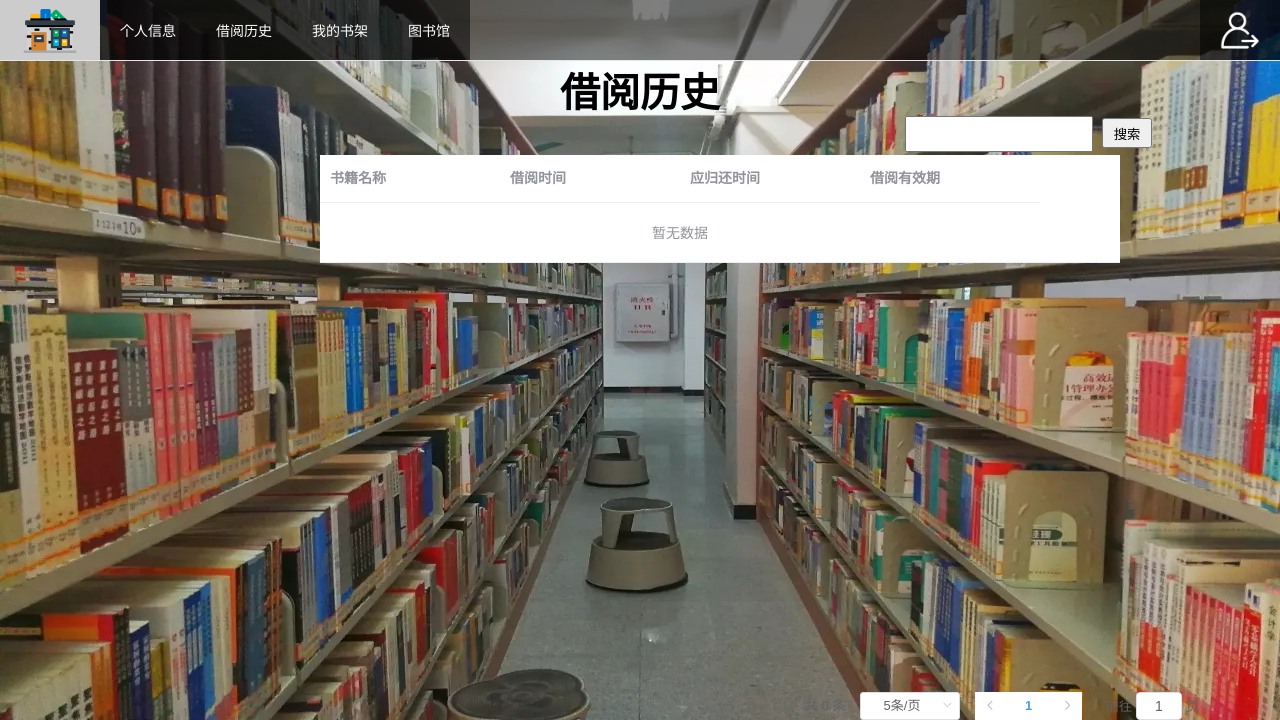
Repository: Akron-xz/helloVue
Page: /#/borrowhistory (app in vue-library/)
The author's editor kept a copy of each file at every save. The page is drawn from the files as they stood at one save, then again after the next save.
The browser window is 1280 px wide. The pictures show the whole page.
The project was rebuilt for these pictures with package versions that can differ from the ones it lists, and the page was loaded fresh each time. Also part of the build but not shown: vue-library/src/components/homeNav.vue, vue-library/src/views/Home.vue.

Above is the page before, as saved 2020-11-25 10:31:09.

After the next save:
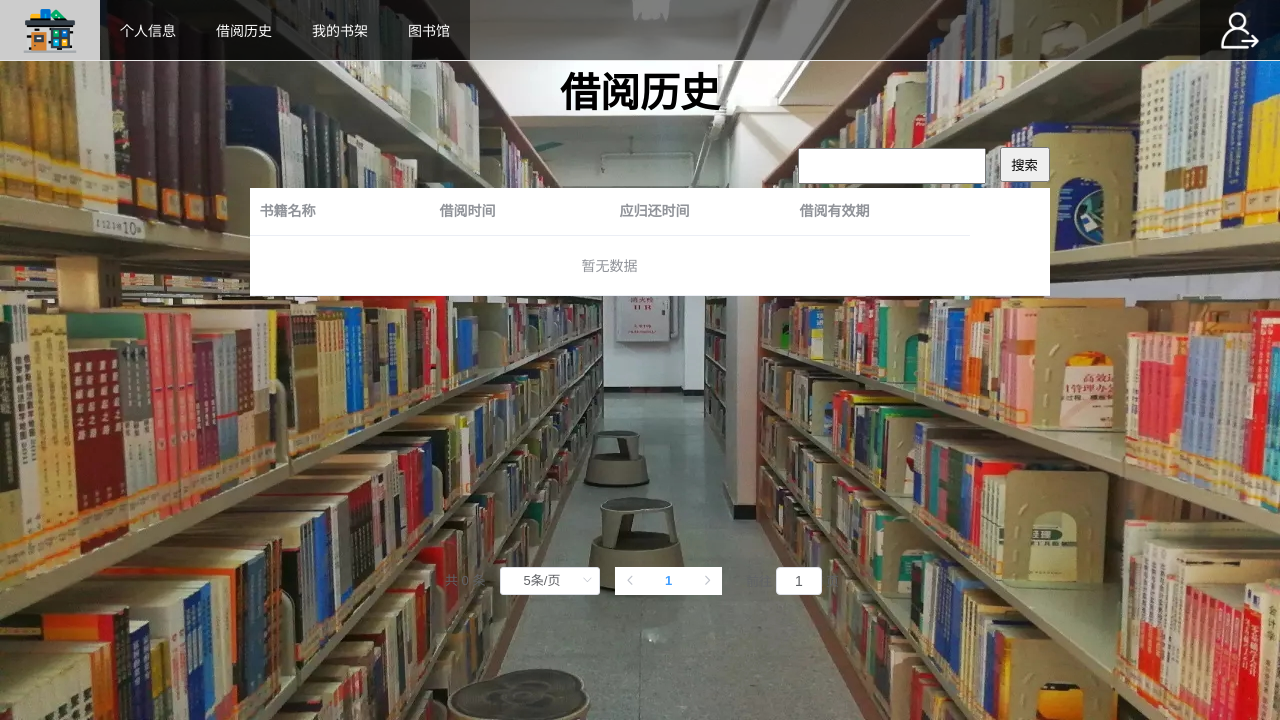
Saved 98 s later.
--- a/vue-library/src/views/BorrowHistory.vue
+++ b/vue-library/src/views/BorrowHistory.vue
@@ -4,7 +4,8 @@
     <h1 class="history-title">借阅历史</h1>
 
  <div class="searchBox">
-    <input v-model="searchContent" type="text" style="width:180px;height:30px;">&nbsp;&nbsp;<input type="button" value="搜索" style="width:50px;height:30px;" @click="searchByKey()">
+ <input v-model="searchContent" type="text" style="width:180px;height:30px;">&nbsp;&nbsp;
+ <input type="button" value="搜索" style="width:50px;height:35px;" @click="searchByKey()">
 
  </div>
  <div class="table-box">
@@ -143,13 +144,13 @@ import userNavigation from '@/components/userNav.vue'
 }
 .searchBox{
  position: fixed;
- top: 116px;
- right: 10%;
+ top: 147px;
+ right: 18%;
 }
 .table-box{
   position: fixed;
-  top: 155px;
-  right: 160px;
+  top: 188px;
+  right: 18%;
   width: 800px;
 
 }
@@ -157,9 +158,9 @@ import userNavigation from '@/components/userNav.vue'
   position: fixed;
   width: 200px;
   height: 50px;
-  right: 280px;
+  right: 50%;
   bottom: 0;
-  top: 690px;
+  top: 565px;
 
 }
 .reference-btn{
